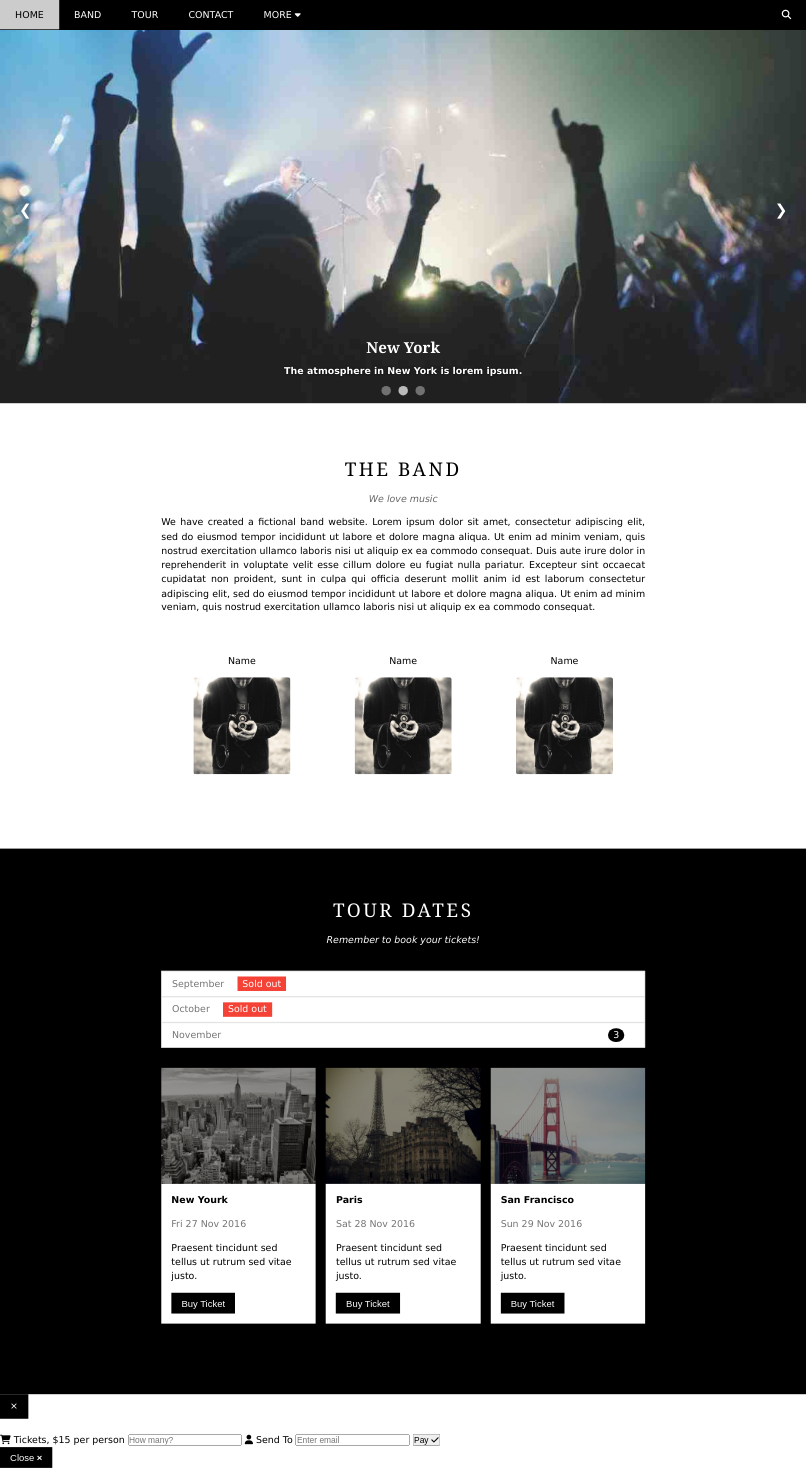
Repository: tam1512/The-Band
Page: index.html
An editor plug-in stored every save of this project. The page is shown before and after the next save, followed by the edit.
The browser window is 1280 px wide. The pictures show the whole page, at 63% of full size.
Some web libraries are served in a nearby version.

Above is the page before, as saved 2022-07-24 09:52:45.

### index.html
<!DOCTYPE html>
<html lang="en">
  <head>
    <meta charset="UTF-8" />
    <meta http-equiv="X-UA-Compatible" content="IE=edge" />
    <meta name="viewport" content="width=device-width, initial-scale=1.0" />
    <link
      rel="stylesheet"
      href="https://cdnjs.cloudflare.com/ajax/libs/font-awesome/6.1.1/css/all.min.css"
      integrity="sha512-KfkfwYDsLkIlwQp6LFnl8zNdLGxu9YAA1QvwINks4PhcElQSvqcyVLLD9aMhXd13uQjoXtEKNosOWaZqXgel0g=="
      crossorigin="anonymous"
      referrerpolicy="no-referrer"
    />
    <link rel="stylesheet" href="./assets/css/style.css" />
    <title>The Band</title>
  </head>
  <body>
    <div class="container">
      <div class="header" id="home">
        <ul class="header_nav">
          <li><a href="#home">HOME</a></li>
          <li><a href="#band">BAND</a></li>
          <li><a href="#tour">TOUR</a></li>
          <li><a href="#contact">CONTACT</a></li>
          <li class="header_nav_dropdown">
            <a href="javascript:void(0)" class="dropbtn">
              MORE
              <i class="fa-solid fa-caret-down"></i>
            </a>
            <div class="dropdown-content">
              <a href="#">Merchandise</a>
              <a href="#">Extras</a>
              <a href="#">Media</a>
            </div>
          </li>
        </ul>
        <div id="header_search">
          <i class="fa-solid fa-magnifying-glass text-white"></i>
        </div>
      </div>
      <!-- Slideshow container -->
      <div class="slider">
        <!-- Full-width image with caption text -->
        <div class="slider_slides-cont">
          <div class="slider_slide">
            <img src="assets/img/la.jpg" alt="Los Angeles" />
            <div class="text padding-32-16 text-white">
              <h3 class="fz-24 margin-10-0">Los Angeles</h3>
              <p class="margin-15-0">
                <b class="text-shadow">We had the bes time playing at Venice Beach!</b>
              </p>
            </div>
          </div>

          <div class="slider_slide">
            <img src="assets/img/ny.jpg" alt="New York" />
            <div class="text padding-32-16 text-white">
              <h3 class="fz-24 margin-10-0">New York</h3>
              <p class="margin-15-0">
                <b class="text-shadow">The atmosphere in New York is lorem ipsum.</b>
              </p>
            </div>
          </div>

          <div class="slider_slide">
            <img src="assets/img/chicago.jpg" alt="Chicago" />
            <div class="text padding-32-16 text-white">
              <h3 class="fz-24 margin-10-0">Chicago</h3>
              <p class="margin-15-0">
                <b class="text-shadow">Thank you, Chicago - A night we won't forget</b>
              </p>
            </div>
          </div>
        </div>

        <!-- The pagination/circles -->
         <div class="slider_pagination"></div>

        <!-- Next and previous buttons (navigatin slide)-->
        <a class="prev">&#10094</a>
        <a class="next">&#10095</a>
        </div>
      </div>
      <div class="content">
        <div class="padding-64-16 text-center" id="band">
          <h2 class="tilte fz-30 margin-10-0">THE BAND</h2>
          <p class="margin-15-0"><i class="sub-title opacity">We love music</i></p>
          <p class="band_content margin-15-0 text-justify">We have created a fictional band website. Lorem ipsum dolor sit amet, consectetur adipiscing elit, sed do eiusmod tempor incididunt ut labore et dolore magna aliqua. Ut enim ad minim veniam, quis nostrud exercitation ullamco laboris nisi ut aliquip ex ea commodo consequat. Duis aute irure dolor in reprehenderit in voluptate velit esse cillum dolore eu fugiat nulla pariatur. Excepteur sint occaecat cupidatat non proident, sunt in culpa qui officia deserunt mollit anim id est laborum consectetur adipiscing elit, sed do eiusmod tempor incididunt ut labore et dolore magna aliqua. Ut enim ad minim veniam, quis nostrud exercitation ullamco laboris nisi ut aliquip ex ea commodo consequat.</p>
          <div class="row band_members padding-32-0">
            <div class="third band_member">
              <p class="margin-15-0">Name</p>
              <img src="assets/img/bandmember.jpg" alt="band member" class="band_member_img margin-bottom-16">
            </div>
            <div class="third band_member">
              <p class="margin-15-0">Name</p>
              <img src="assets/img/bandmember.jpg" alt="band member" class="band_member_img margin-bottom-16">
            </div>
            <div class="third band_member">
              <p class="margin-15-0">Name</p>
              <img src="assets/img/bandmember.jpg" alt="band member" class="band_member_img margin-bottom-16">
            </div>
          </div>
          <!-- <div style="clear: both;"></div> -->
        </div>
        <div class="backgroud-black" id="tour">
          <div class="tour-container padding-64-16 text-center text-white">
            <h2 class="tilte fz-30 margin-10-0">TOUR DATES</h2>
            <p class="margin-15-0"><i class="sub-title">Remember to book your tickets!</i></p>
            <br>
            <ul class="list-month backgroud-white">
              <li class="month-item padding-8-16 boder-bottom">
                <p class="month text-grey">September</p>
                <span class="ticket-sold-out text-white">Sold out</span>
              </li>
              <li class="month-item padding-8-16 boder-bottom">
                <p class="month text-grey">October</p>
                <span class="ticket-sold-out text-white">Sold out</span>
              </li>
              <li class="month-item padding-8-16 boder-bottom">
                <p class="month text-grey">November</p>
                <span class="ticket-still text-white">3</span>
              </li>
            </ul>

            <div class="row ticket-list padding-32-8">
              <div class="ticket-wrap third margin-bottom-16 padding-0-8">
                <img class="ticket-img img opacity" src="assets/img/newyork.jpg" alt="Ticket New Yourk">
                <div class="ticket-content padding-0-16 backgroud-white text-left">
                  <p class="ticket-name margin-15-0 text-black"><b>New Yourk</b></p>
                  <p class="ticket-time margin-15-0 text-grey">Fri 27 Nov 2016</p>
                  <p class="ticket-desc margin-15-0 text-black">Praesent tincidunt sed tellus ut rutrum sed vitae justo.</p>
                  <button class="btn margin-bottom-16">Buy Ticket</button>
                </div>
              </div>
              <div class="ticket-wrap third margin-bottom-16 padding-0-8">
                <img class="ticket-img img opacity" src="assets/img/paris.jpg" alt="Ticket Chicago">
                <div class="ticket-content padding-0-16 backgroud-white text-left">
                  <p class="ticket-name margin-15-0 text-black"><b>Paris</b></p>
                  <p class="ticket-time margin-15-0 text-grey">Sat 28 Nov 2016</p>
                  <p class="ticket-desc margin-15-0 text-black">Praesent tincidunt sed tellus ut rutrum sed vitae justo.</p>
                  <button class="btn margin-bottom-16">Buy Ticket</button>
                </div>
              </div>
              <div class="ticket-wrap third margin-bottom-16 padding-0-8">
                <img class="ticket-img img opacity" src="assets/img/sanfran.jpg" alt="Ticket San Francisco">
                <div class="ticket-content padding-0-16 backgroud-white text-left">
                  <p class="ticket-name margin-15-0 text-black"><b>San Francisco</b></p>
                  <p class="ticket-time margin-15-0 text-grey">Sun 29 Nov 2016</p>
                  <p class="ticket-desc margin-15-0 text-black">Praesent tincidunt sed tellus ut rutrum sed vitae justo.</p>
                  <button class="btn margin-bottom-16">Buy Ticket</button>
                </div>
              </div>
            </div>
          </div>
        </div>
        <!-- Ticket modal -->
        <div id="ticket-modal">
          <div class="modal-heading">
            <span class="btn-ticket-out btn">&times;</span>
            <h2 class="ticket-title text-center text-white">
              <i class="fa-solid fa-suitcase"></i>
              Tickets
            </h2>
          </div>
          <form class="ticket-form">
            <label class="ticket-form-label" for="quantity_person">
              <i class="fa-solid fa-cart-shopping"></i>
              Tickets, $15 per person
            </label>
            <input type="text" id="quantity_person" name="quantity_person" placeholder="How many?">
            <label class="ticket-form-label" for="email">
              <i class="fa-solid fa-user"></i>
              Send To
            </label>
            <input type="email" id="email" name="email" placeholder="Enter email">
            <button class="big-btn">
              Pay
              <i class="fa-solid fa-check"></i>
            </button>
          </form>
          <div class="modal-footer">
            <button class="ticket-footer-close btn">
              Close
              <b>&times;</b>
            </button>
          </div>
        </div>
      </div>
    </div>
    <script src="assets/js/js.js"></script>
  </body>
</html>

### assets/css/style.css
:root {
}

* {
  padding: 0em;
  margin: 0;
  box-sizing: border-box;
}

body {
  font-family: Verdana, sans-serif;
  font-size: 15px;
  line-height: 22.5px;
}

h1,
h2,
h3,
h4,
h5,
h6 {
  font-family: Georgia, serif;
}

.fz-24 {
  font-size: 24px;
}

.fz-30 {
  font-size: 30px;
}

.text-white {
  color: white;
}

.text-grey {
  color: #757575;
}

.text-black {
  color: #000;
}

.opacity {
  opacity: 0.6 !important;
}

.backgroud-black {
  background-color: #000;
}

.backgroud-white {
  background-color: #fff;
}

.text-center {
  text-align: center;
}

.text-justify {
  text-align: justify;
}

.text-left {
  text-align: left;
}

.padding-0-8 {
  padding: 0.01em 8px !important;
}

.padding-0-16 {
  padding: 0.01em 16px !important;
}

.padding-64-16 {
  padding: 64px 16px !important;
}

.padding-32-16 {
  padding: 32px 16px !important;
}

.padding-32-8 {
  padding: 32px 8px !important;
}

.padding-32-0 {
  padding: 32px 0 !important;
}

.padding-8-16 {
  padding: 8px 16px !important;
}

.padding-32 {
  padding: 32px !important;
}

.margin-0-24 {
  margin: 0 24px !important;
}

.margin-10-0 {
  margin: 10px 0 !important;
}

.margin-15-0 {
  margin: 15px 0 !important;
}

.margin-16-0 {
  margin: 16px 0 !important;
}

.margin-bottom-16 {
  margin-bottom: 16px;
}

.text-shadow {
  text-shadow: 0 0 3px #000;
}

.boder-bottom {
  border: 1px solid #ddd;
}

.btn {
  display: inline-block;
  text-decoration: none;
  color: white;
  border: none;
  outline: none;
  padding: 8px 16px;
  background-color: #000;
  font-size: 15px;
  text-align: center;
  cursor: pointer;
}

.btn:hover {
  background-color: #ccc;
  color: #000;
}

.img {
  width: 100%;
  outline: none;
  vertical-align: middle;
}

.header {
  position: fixed;
  top: 0;
  right: 0;
  left: 0;
  z-index: 2;
}

.header_nav {
  list-style-type: none;
  background-color: #000;
  overflow: hidden;
}

.header_nav > li {
  float: left;
}

.header_nav > li > a,
.dropbtn {
  display: inline-block;
  padding: 12px 24px;
  text-align: center;
  color: #fff;
  text-decoration: none;
}

.header_nav > li > a:hover,
.header_nav_dropdown:hover,
.dropbtn:hover,
.dropdown-content a:hover {
  background-color: #ccc;
  color: black;
}

li.header_nav_dropdown {
  display: inline-block;
  /* position: relative; */
}

.dropdown-content {
  display: none;
  position: absolute;
  min-width: 160px;
  background-color: #fff;
  box-shadow: 0px 8px 16px 0px rgba(0, 0, 0, 0.2);
  z-index: 1;
}

.dropdown-content a {
  color: #000 !important;
  text-align: left;
  padding: 8px 16px;
  display: block;
  text-decoration: none;
}

.header_nav_dropdown:hover .dropdown-content {
  display: block;
}

#header_search {
  position: absolute;
  top: 0;
  right: 0;
  padding: 12px 24px;
}

#header_search:hover {
  background-color: #f44336;
}

/* Slider */
/* Slideshow container */
.slider,
.slider_slides-cont {
  max-width: 100%;
  height: auto;
  position: relative;
  /* top: 47px; */
  margin: auto;
}

/* Hide the images by default */
.slider_slide {
  display: none;
}

.slider_slide:first-child {
  display: block;
}

.slider_slides-cont img {
  width: 100%;
  height: 100%;
}

/* Next & previous buttons */
.prev,
.next {
  cursor: pointer;
  position: absolute;
  top: 50%;
  transform: translate(0, -50%);
  margin: 10px;
  padding: 24px 20px;
  color: #fff;
  font-weight: bold;
  font-size: 24px;
  transition: background-color 0.6s ease;
  border-radius: 5px 5px 5px 5px;
  user-select: none;
}

/* Position the "next button" to the right */
.next {
  right: 0;
  border-radius: 5px 5px 5px 5px;
}

/* On hover, add a black backgroound color with a little bit see-through */
.prev:hover,
.next:hover {
  background-color: rgba(191, 191, 191, 0.6);
  color: rgb(26, 23, 23);
  font-weight: bolder;
}

/* Caption text */
.text {
  position: absolute;
  left: 50%;
  transform: translate(-50%, -100%);
  text-align: center;
}

.slider_pagination {
  position: absolute;
  left: 50%;
  transform: translate(-50%, -120%);
}

.slider_pagination_btn {
  cursor: pointer;
  padding: 6px;
  background-color: transparent;
  display: inline-block;
  transition: background-color 0.6s ease;
}

.slider_pagination_btn::before {
  content: "";
  display: inline-block;
  height: 15px;
  width: 15px;
  border-radius: 50%;
  background-color: #717171;
}
.slider_pagination_btn.slider_pagination_btn--sel::before,
.slider_pagination_btn:hover::before {
  background-color: #bbb;
}

/* content */

#band,
.tour-container,
#contact {
  max-width: 800px;
  margin-left: auto;
  margin-right: auto;
}

.tilte {
  font-weight: normal;
  line-height: 45px;
  letter-spacing: 4px;
}

/* band */
/* Third image */

.row:after {
  content: "";
  display: table;
  clear: both;
}

.third {
  float: left;
  width: calc(100% / 3);
}

.band_member_img {
  width: 60%;
  border-radius: 4px;
}

/* Month ticket */
.list-month {
  list-style-type: none;
  text-align: left;
}

.month-item {
  position: relative;
}

.month {
  display: inline-block;
}

.ticket-sold-out {
  display: inline-block;
  background-color: #f44336;
  padding: 0.01em 8px;
  margin-left: 16px;
}

.ticket-still {
  display: inline-block;
  padding: 0.01em 8px;
  position: absolute;
  right: 32px;
  text-align: center;
  background-color: #000;
  border-radius: 50%;
}

/* ticket list */
.ticket-list {
  margin: 0 -16px;
}

### assets/js/js.js
let currentIndex = 0;
let newIndex = 0;
let autoplay = true;

//tạo một object cho việc tự động chuyển slide
let Autoplay = {
  timerID: null,
  interval: 4000,

  start: function () {
    this.timerID = setInterval(function () {
      newIndex++;
      navigateSlider();
    }, this.interval);
  },

  reset: function () {
    clearInterval(this.timerID);
    this.start();
  },
};

let slideElements = document.getElementsByClassName("slider_slide");
let slidesLength = slideElements.length;
let paginationElement = document.getElementsByClassName("slider_pagination")[0];
let prevElement = document.getElementsByClassName("prev")[0];
let nextElement = document.getElementsByClassName("next")[0];

// lấy sự kiện click của 2 nut prev và next
prevElement.addEventListener("click", function () {
  newIndex--;
  navigateSlider();
});

nextElement.addEventListener("click", function () {
  newIndex++;
  navigateSlider();
});

// tạo số dot tương ứng với số slide
paginationHTML = [];
for (let i = 0; i < slidesLength; i++) {
  paginationHTML.push(
    `<span class="slider_pagination_btn" data-index="${i}"></span>`
  );
}
// Thêm paginationHTML vào bên trong thẻ HTML
paginationElement.innerHTML = paginationHTML.join("");

//kiểm tra xem đã có phần tử chứa class="slider_pagination_btn" chưa? nếu có lấy giá trị trong data-index của nó gán cho newIndex
paginationElement.addEventListener("click", function (e) {
  let target = e.target;
  if (target.classList.contains("slider_pagination_btn")) {
    newIndex = Number(target.getAttribute("data-index"));
    navigateSlider();
  }
});

// Hàm hiện thị slide
function navigateSlider() {
  // Kiểm tra để newIndex luôn nằm trong khoảng từ 0 -> slideLength
  if (newIndex < 0) {
    newIndex = slidesLength - 1;
  } else if (newIndex > slidesLength - 1) {
    newIndex = 0;
  }

  //Thêm và xóa slider_pagination_btn--sel
  paginationElement.childNodes[currentIndex].classList.remove(
    "slider_pagination_btn--sel"
  );
  paginationElement.childNodes[newIndex].classList.add(
    "slider_pagination_btn--sel"
  );

  //reset interval(khoảng thời gian) để slide không gặp vấn đề về chuyển đổi
  if (autoplay) {
    Autoplay.reset();
  }

  //Ẩn slide trước và hiện slide cần hiện
  slideElements[currentIndex].style.display = "none";
  slideElements[newIndex].style.display = "block";

  currentIndex = newIndex;
}

// thiết lập autoplay cho slider
if (autoplay) {
  Autoplay.start();
}

// khi load page sẽ bị lỗi hiển thị ban đầu, đây là cách giải quyết
navigateSlider();

After the next save:
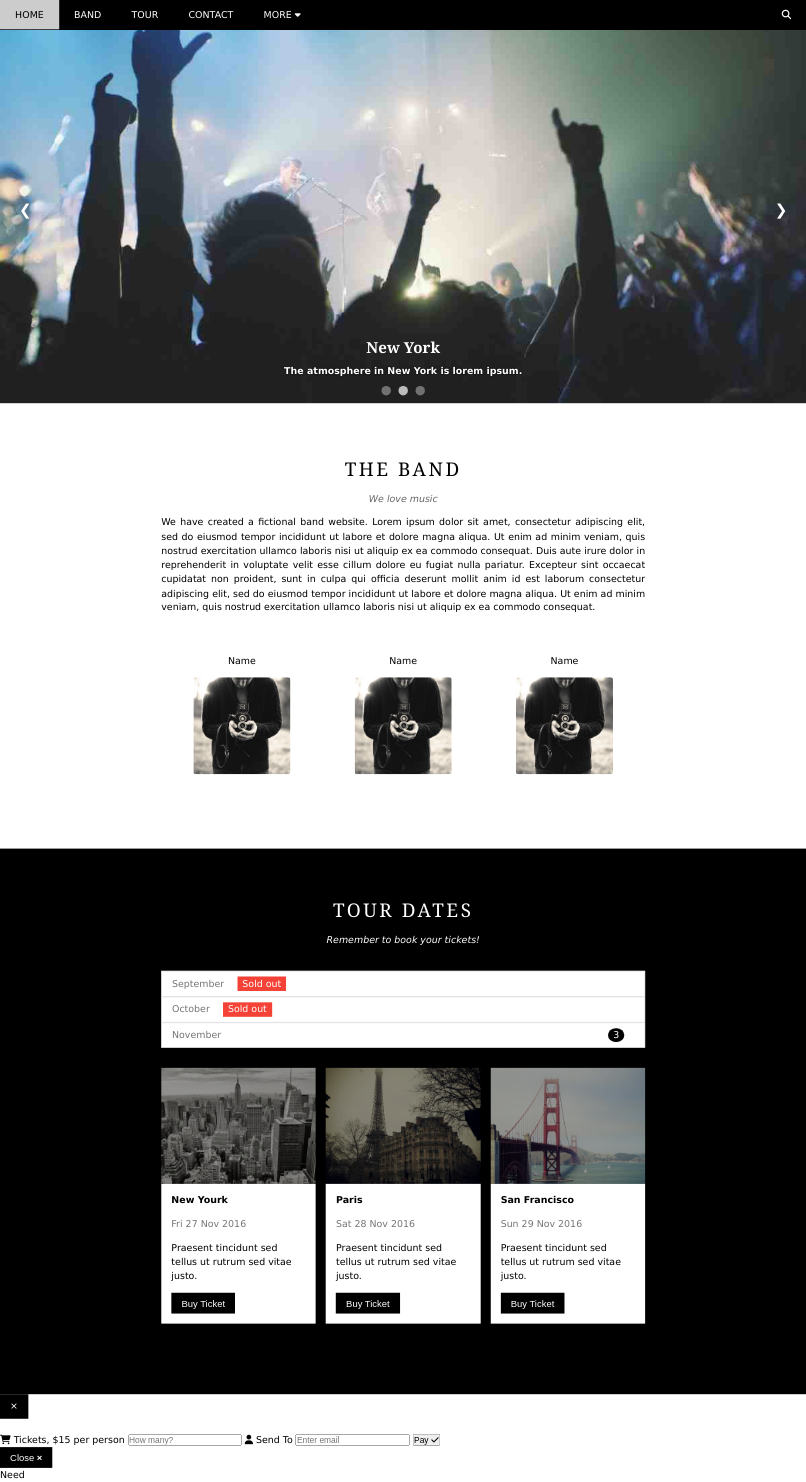
Saved 61 s later.
--- a/index.html
+++ b/index.html
@@ -183,6 +183,10 @@
               Close
               <b>&times;</b>
             </button>
+            <p class="ticket-help">
+              Need
+              <a href="javascript::void(0);"></a>
+            </p>
           </div>
         </div>
       </div>
